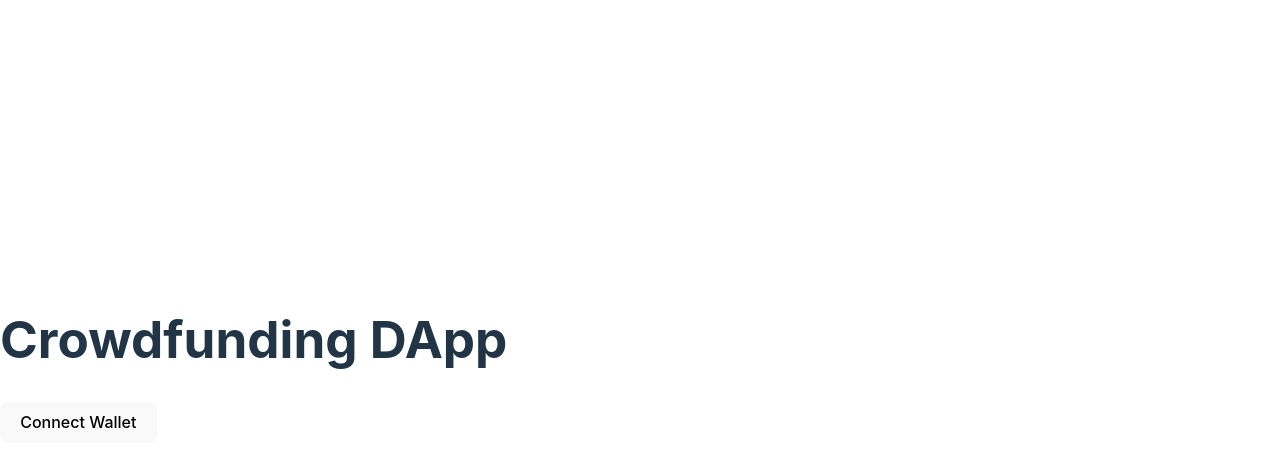
Repository: sammiesleek/crowdfunds
Page: / (app in client/)
The author's editor kept a copy of each file at every save. The page is drawn from the files as they stood at one save, then again after the next save.
The browser window is 1280 px wide. The pictures show the whole page.
The project was rebuilt for these pictures with package versions that can differ from the ones it lists, and the page was loaded fresh each time. Also part of the build but not shown: client/vite.config.js, client/src/config.js, client/src/utils/contract.js, client/src/components/createCampaign.js, client/src/assets/index.js, client/src/components/FundCard.jsx, client/src/components/DisplayCampaigns.jsx. Imported but missing from the stored project, and not drawn on this page: client/src/utils/Constants.

Above is the page before, as saved 2024-05-24 14:12:11.

### client/src/main.jsx
import ReactDOM from "react-dom/client";
import App from "./App.jsx";
import "./index.css";
import { ContextProvider } from "./utils/ContextApi.jsx";

ReactDOM.createRoot(document.getElementById("root")).render(
  <ContextProvider>
    <App />
  </ContextProvider>
);

### client/src/App.jsx
// src/App.js
import { useState } from "react";
import CreateCampaign from "./components/CreateCampaign";
import DisplayCampaigns from "./components/DisplayCampaigns";
import ConnectWallet from "./components/ConnectWallet";

const App = () => {
  const [signer, setSigner] = useState(null);

  return (
    <div>
      <h1>Crowdfunding DApp</h1>
      <ConnectWallet setSigner={setSigner} />
      {signer && (
        <>
          <CreateCampaign signer={signer} />
          <DisplayCampaigns signer={signer} />
        </>
      )}
    </div>
  );
};

export default App;

### client/src/utils/ContextApi.jsx
import { createContext, useState } from "react";
import PropTypes from "prop-types"; // Make sure PropTypes is correctly imported

export const ContextApi = createContext();

export const ContextProvider = ({ children }) => {
  const [owner, setOwner] = useState("");
  const [signer, setSigner] = useState("");

  return (
    <ContextApi.Provider
      value={{
        owner,
        setOwner,
        signer,
        setSigner,
      }}
    >
      {children}
    </ContextApi.Provider>
  );
};

ContextProvider.propTypes = {
  children: PropTypes.node.isRequired,
};

### client/src/components/ConnectWallet.jsx
import { useContext, useEffect } from "react";
import { ethers } from "ethers";
import { ContextApi } from "../utils/ContextApi";

const ConnectWallet = () => {
  const { owner, setOwner, setSigner } = useContext(ContextApi);

  const checkIfWalletIsConnected = async () => {
    if (window.ethereum) {
      try {
        const accounts = await window.ethereum.request({
          method: "eth_accounts",
        });
        if (accounts.length > 0) {
          setOwner(accounts[0]);
          const provider = new ethers.providers.Web3Provider(window.ethereum);
          const signer = provider.getSigner();
          setSigner(signer);
        }
      } catch (error) {
        console.error("Error checking wallet connection:", error);
      }
    } else {
      console.error(
        "MetaMask not detected. Please install MetaMask to use this application."
      );
    }
  };

  const connectWallet = async () => {
    if (window.ethereum) {
      try {
        const accounts = await window.ethereum.request({
          method: "eth_requestAccounts",
        });
        setOwner(accounts[0]);
        const provider = new ethers.providers.Web3Provider(window.ethereum);
        const signer = provider.getSigner();
        setSigner(signer);
      } catch (error) {
        console.error("Error connecting to wallet:", error);
      }
    } else {
      alert(
        "MetaMask not detected. Please install MetaMask to use this application."
      );
    }
  };

  useEffect(() => {
    checkIfWalletIsConnected();
  }, []);

  return (
    <div>
      {owner ? (
        <p>Connected: {owner}</p>
      ) : (
        <button onClick={connectWallet}>Connect Wallet</button>
      )}
    </div>
  );
};

export default ConnectWallet;

Loaded but not shown: client/index.html (common file); client/src/index.css (common file)

After the next save:
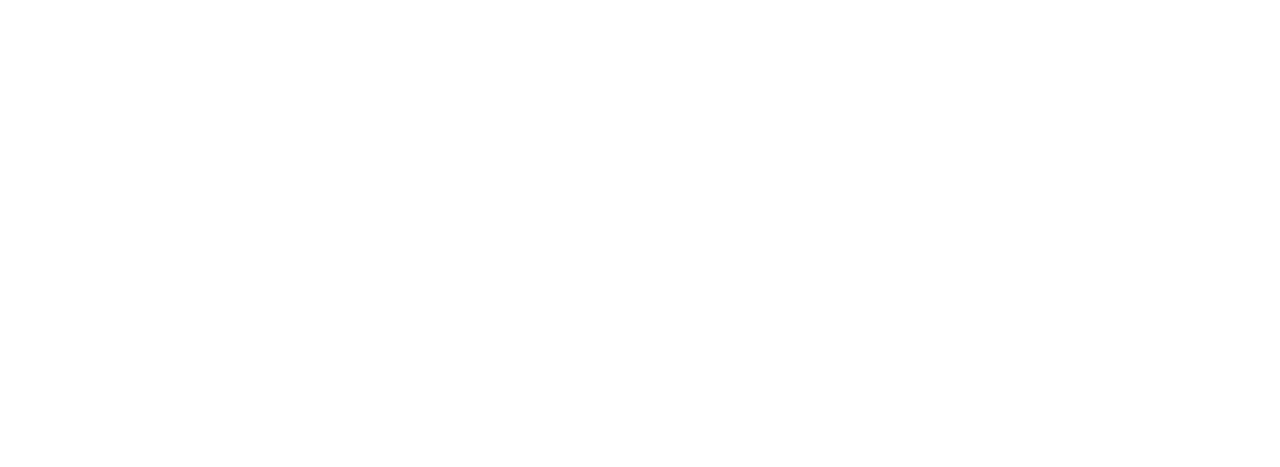
Console error: ReferenceError: signer is not defined
Saved 2 min 46 s later.
--- a/client/src/App.jsx
+++ b/client/src/App.jsx
@@ -5,16 +5,16 @@
 import ConnectWallet from "./components/ConnectWallet";
 
 const App = () => {
-  const [signer, setSigner] = useState(null);
+  // const { owner,signer, setOwner, setSigner } = useContext(ContextApi);
 
   return (
     <div>
       <h1>Crowdfunding DApp</h1>
-      <ConnectWallet setSigner={setSigner} />
+      <ConnectWallet />
       {signer && (
         <>
-          <CreateCampaign signer={signer} />
-          <DisplayCampaigns signer={signer} />
+          <CreateCampaign />
+          <DisplayCampaigns />
         </>
       )}
     </div>

After the save that followed:
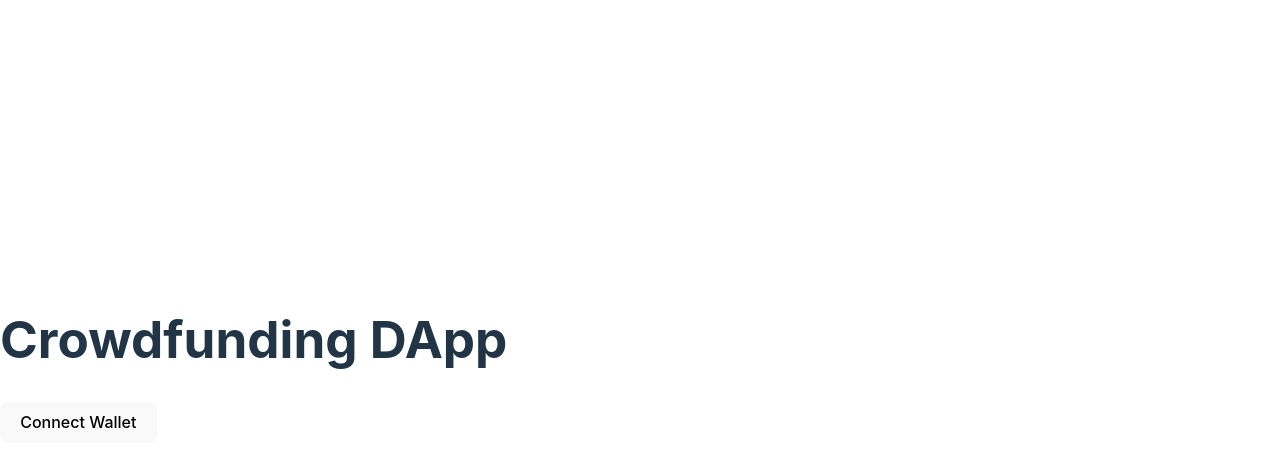
The error is gone.
Saved 16 s later.
--- a/client/src/App.jsx
+++ b/client/src/App.jsx
@@ -1,11 +1,12 @@
 // src/App.js
-import { useState } from "react";
+import { useContext, useState } from "react";
 import CreateCampaign from "./components/CreateCampaign";
 import DisplayCampaigns from "./components/DisplayCampaigns";
 import ConnectWallet from "./components/ConnectWallet";
+import { ContextApi } from "./utils/ContextApi";
 
 const App = () => {
-  // const { owner,signer, setOwner, setSigner } = useContext(ContextApi);
+  const { signer } = useContext(ContextApi);
 
   return (
     <div>
